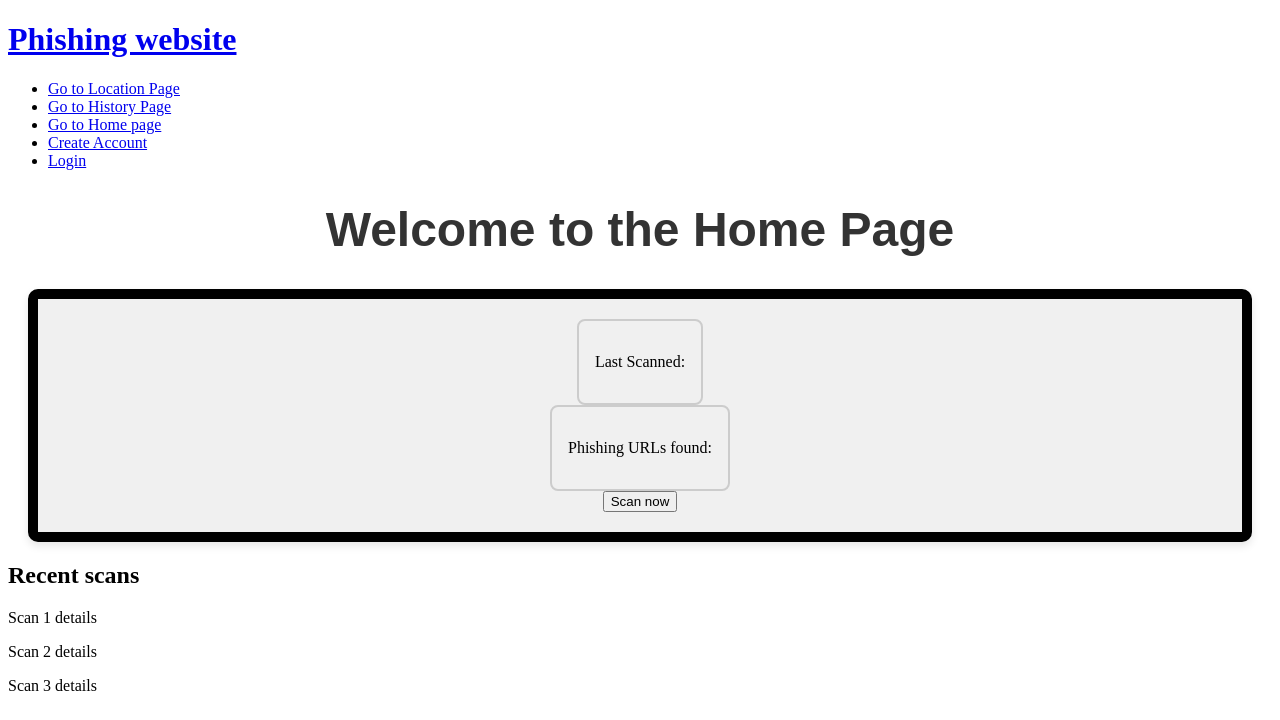
Repository: 2305199/Final-year-project
Page: / (app in frontend/)
An editor plug-in stored every save of this project. The page is shown before and after the next save, followed by the edit.
The browser window is 1280 px wide. The pictures show the whole page.
The project was rebuilt for these pictures with package versions that can differ from the ones it lists, and the page was loaded fresh each time. Also part of the build but not shown: frontend/vite.config.js, frontend/src/Location/Location.jsx, frontend/src/History/History.jsx, frontend/src/User/CreateAccount.jsx, frontend/src/User/Login.jsx.

Above is the page before, as saved 2026-01-29 00:50:55.

After the next save:
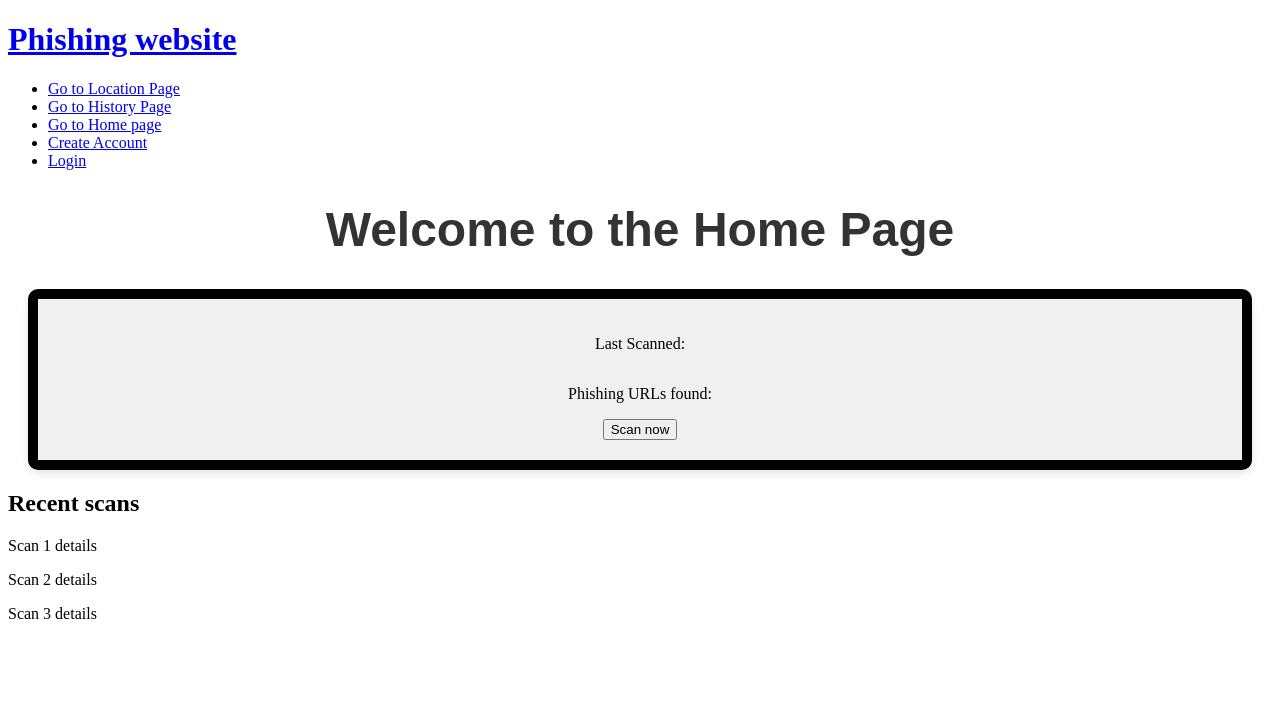
Saved 62 s later.
--- a/frontend/src/Home/Home.jsx
+++ b/frontend/src/Home/Home.jsx
@@ -5,8 +5,8 @@ function Home() {
 
 
     <div className={styles.Box}>
-        <div className={styles.card} ><p>Last Scanned:</p></div>
-        <div className={styles.card}><p>Phishing URLs found:</p></div>
+        <div className={styles.Lscanned} ><p>Last Scanned:</p></div>
+        <div className={styles.Pfound}><p>Phishing URLs found:</p></div>
         <button>Scan now</button>
     </div>
 

After the save that followed:
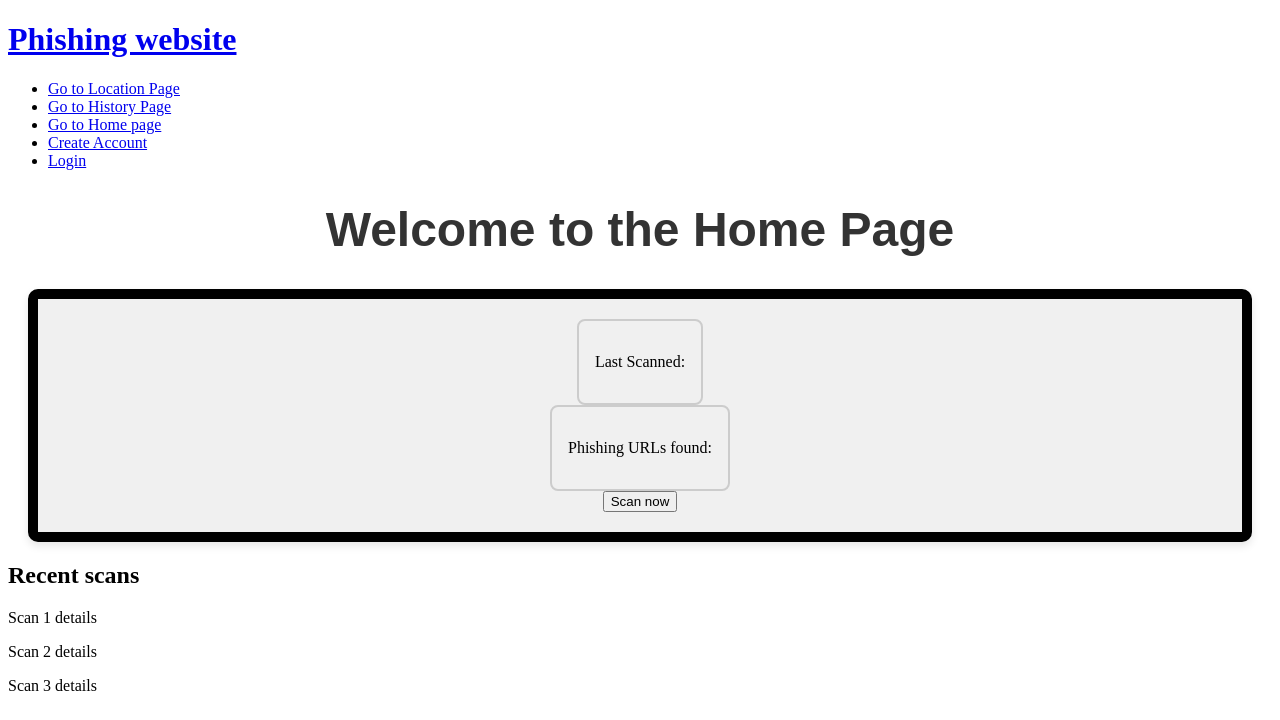
Saved 31 s later.
--- a/frontend/src/Home/Home.module.css
+++ b/frontend/src/Home/Home.module.css
@@ -23,7 +23,7 @@
   gap: 20px;
 }
 
-.card {
+.Lscanned, .Pfound {
   border: 2px solid #ccc;
   padding: 16px;
   border-radius: 8px;
